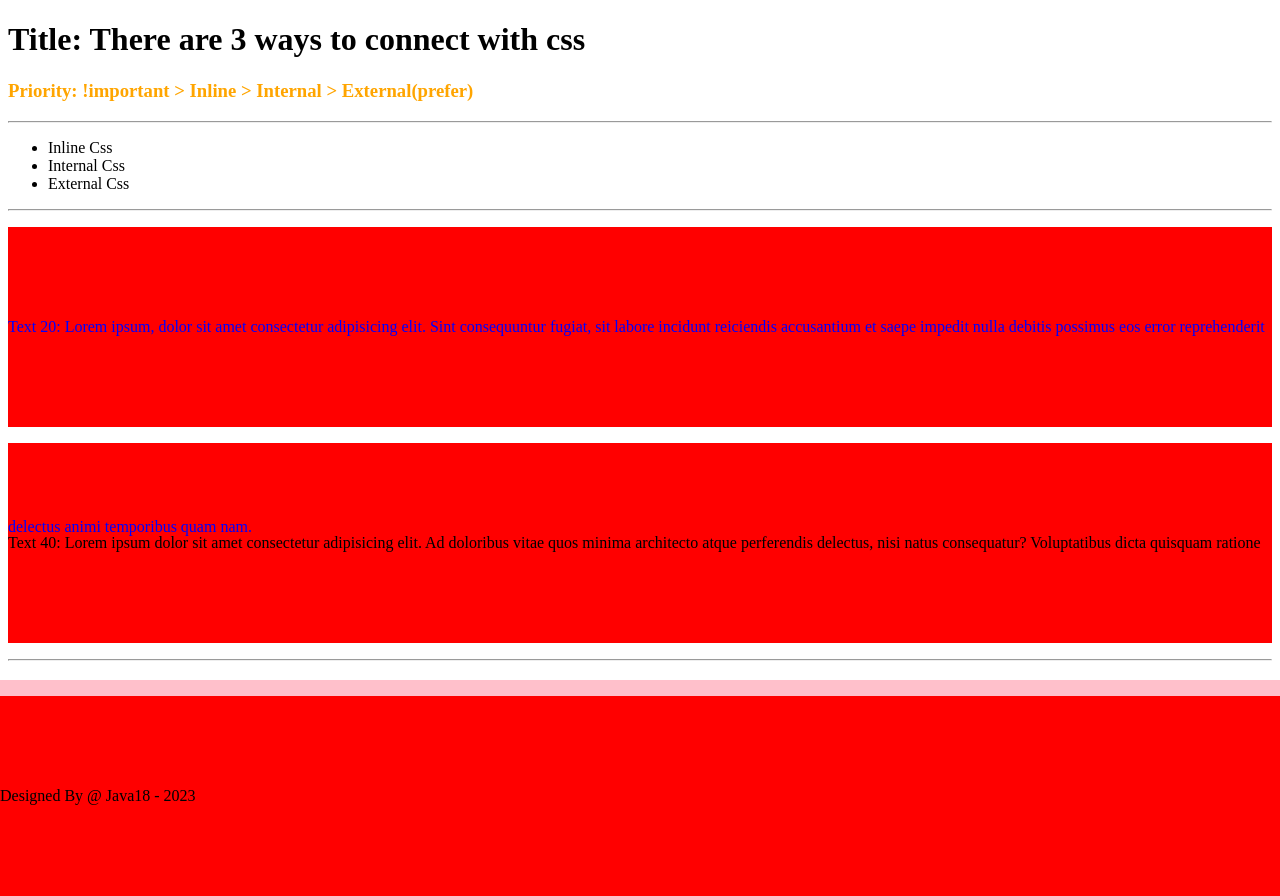
Repository: j4tdn/java18-repository
Page: 2. CSS3/ex02-css-selector-class-id.html
An editor plug-in stored every save of this project. The page is shown before and after the next save, followed by the edit.
The browser window is 1280 px wide. The pictures show the whole page.

Above is the page before, as saved 2023-10-21 18:05:19.

### 2. CSS3/ex02-css-selector-class-id.html
<!DOCTYPE html>
<html lang="en">
  <head>
    <meta charset="UTF-8" />
    <meta name="viewport" content="width=device-width, initial-scale=1.0" />
    <title>Ex02 - Css Selector class id</title>
    <link rel="stylesheet" href="css/style-base.css" />
    <link rel="stylesheet" href="css/utils.css" />
  </head>
  <body>
    <!-- html comments -->
    <div id="page-header">
      <h1>Title: There are 3 ways to connect with css</h1>
      <h3 class="text-orange">
        Priority: !important > Inline > Internal > External(prefer)
      </h3>
    </div>

    <hr />

    <div id="page-main">
      <ul>
        <li>Inline Css</li>
        <li>Internal Css</li>
        <li>External Css</li>
      </ul>
      <hr />
      <p class="text-blue">
        Text 20: Lorem ipsum, dolor sit amet consectetur adipisicing elit. Sint
        consequuntur fugiat, sit labore incidunt reiciendis accusantium et saepe
        impedit nulla debitis possimus eos error reprehenderit delectus animi
        temporibus quam nam.
      </p>
      <p>
        Text 40: Lorem ipsum dolor sit amet consectetur adipisicing elit. Ad
        doloribus vitae quos minima architecto atque perferendis delectus, nisi
        natus consequatur? Voluptatibus dicta quisquam ratione quia nesciunt
        obcaecati eum sed recusandae soluta voluptatem laudantium id quos ipsum
        deleniti, cupiditate dolorum tenetur?
      </p>
    </div>
    <hr />

    <div id="page-footer">
      <p>Designed By @ Java18 - 2023</p>
    </div>
  </body>
</html>

### 2. CSS3/css/style-base.css
/* CSS SELECTOR CLASS ID */
/* Chỉ có thẻ p với class là text20 mới ăn */
/* p[class="text20"] {
  color: blue;
} */
/* p.text20 {
  color: blue;
} */
/* Tất cả tag với class là text20 */
/* .text20 {
  color: blue;
} */

#page-footer {
  position: absolute;
  bottom: 0;
  left: 0;
  width: 100%;
  height: 40px;
  background-color: pink;
}
p {
  height: 200px;
  line-height: 200px;
  background-color: red;
}

### 2. CSS3/css/utils.css
.text-green {
  color: green;
}
.text-blue {
  color: blue;
}
.text-orange {
  color: orange;
}

After the next save:
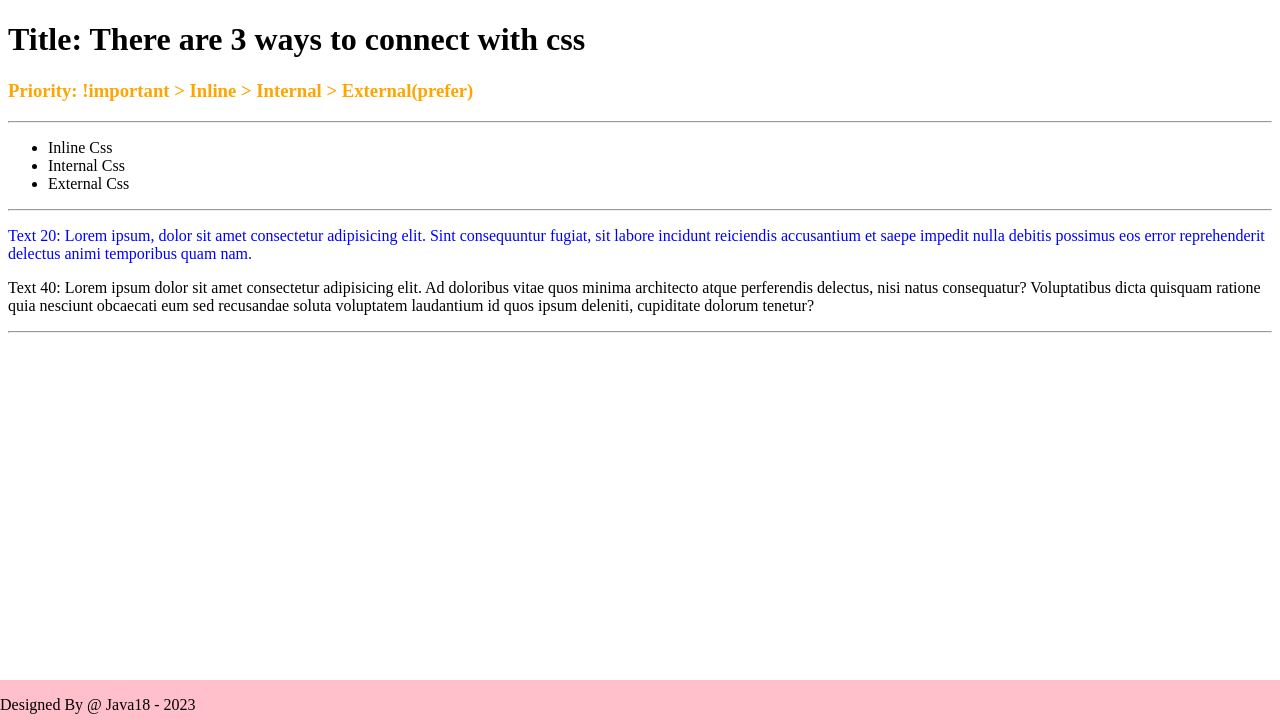
Saved 7 s later.
--- a/2. CSS3/css/style-base.css
+++ b/2. CSS3/css/style-base.css
@@ -19,8 +19,3 @@
   height: 40px;
   background-color: pink;
 }
-p {
-  height: 200px;
-  line-height: 200px;
-  background-color: red;
-}
